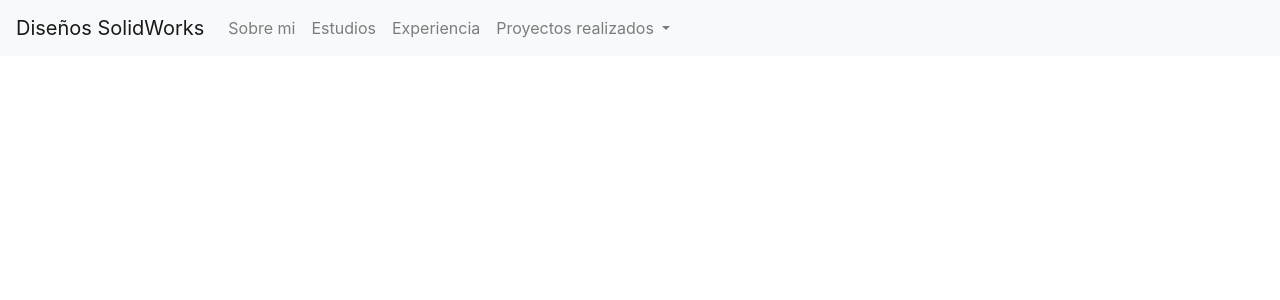
Repository: Hrotgarion1/jose
Page: solid.html
These files come from the project's save history. The page is drawn as it stood at one moment and after the next save; the edit follows.
The browser window is 1280 px wide. The pictures show the whole page.

Above is the page before, as saved 2020-09-30 06:44:27.

### solid.html
<!DOCTYPE html>
<html lang="en">
<head>
    <meta charset="UTF-8">
    <meta name="viewport" content="width=device-width, user-scalable=no, initial-scale=1.0, maximum-scale=1.0, minimum-scale=1.0">
    <title>josenunez.eu</title>
    <meta name="jose p nunez" content="">
    <link rel="stylesheet" href="css/bootstrap.min.css">
    <!-- Favicon -->
    <link rel="shortcut icon" href="img/LogoPuntaDeLanza.png">
</head>
<body>
    <!--Navegador responsive de la web-->
    <nav class="navbar navbar-expand-lg navbar-light bg-light">
        <a class="navbar-brand" href="../jose/index.html">Diseños SolidWorks</a>
        <button class="navbar-toggler" type="button" data-toggle="collapse" data-target="#navbarNavDropdown" aria-controls="navbarNavDropdown" aria-expanded="false" aria-label="Toggle navigation">
          <span class="navbar-toggler-icon"></span>
        </button>

        <div class="collapse navbar-collapse" id="navbarNavDropdown">
          <ul class="navbar-nav">
            <li class="nav-item">
              <a class="nav-link" href="#">Sobre mi <span class="sr-only">(current)</span></a>
            </li>
            <li class="nav-item">
              <a class="nav-link" href="#">Estudios</a>
            </li>
            <li class="nav-item">
              <a class="nav-link" href="#">Experiencia</a>
            </li>
            <li class="nav-item dropdown">
              <a class="nav-link dropdown-toggle" href="#" id="navbarDropdownMenuLink" role="button" data-toggle="dropdown" aria-haspopup="true" aria-expanded="false">
                Proyectos realizados
              </a>
              <div class="dropdown-menu" aria-labelledby="navbarDropdownMenuLink">
                <a class="dropdown-item" href="../jose/solid.html">Diseños con SolidWorks</a>
                <a class="dropdown-item" href="../jose/catia.html">Diseños con Catia V5</a>
                <a class="dropdown-item" href="../jose/projects.html">Proyectos realizados</a>
                <a class="dropdown-item" href="../jose/video.html">Videos</a>
              </div>
            </li>
          </ul>
        </div>
      </nav>

      <!--Imagen principal-->

    <script src="js/jquery-3.5.1.min.js"></script>
    <script src="js/bootstrap.min.js"></script>



</body>
</html>

Loaded but not shown: css/bootstrap.min.css (library); js/jquery-3.5.1.min.js (library); js/bootstrap.min.js (library)

After the next save:
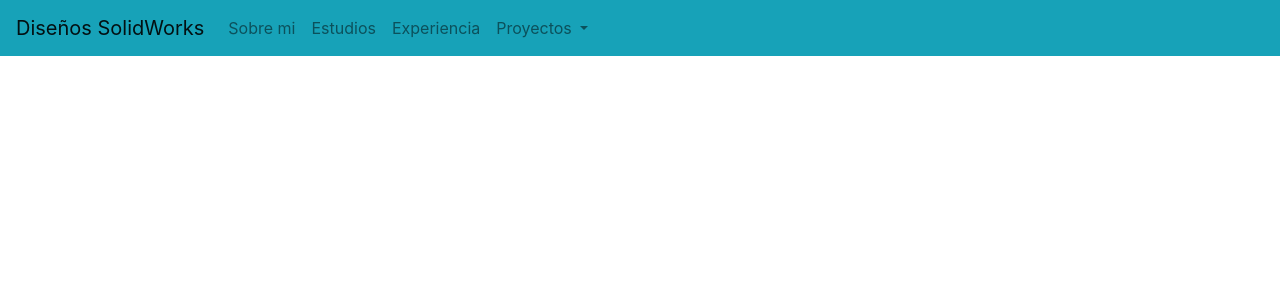
Saved 101 s later.
--- a/solid.html
+++ b/solid.html
@@ -11,7 +11,7 @@
 </head>
 <body>
     <!--Navegador responsive de la web-->
-    <nav class="navbar navbar-expand-lg navbar-light bg-light">
+    <nav class="navbar navbar-expand-lg navbar-light bg-info">
         <a class="navbar-brand" href="../jose/index.html">Diseños SolidWorks</a>
         <button class="navbar-toggler" type="button" data-toggle="collapse" data-target="#navbarNavDropdown" aria-controls="navbarNavDropdown" aria-expanded="false" aria-label="Toggle navigation">
           <span class="navbar-toggler-icon"></span>
@@ -20,20 +20,19 @@
         <div class="collapse navbar-collapse" id="navbarNavDropdown">
           <ul class="navbar-nav">
             <li class="nav-item">
-              <a class="nav-link" href="#">Sobre mi <span class="sr-only">(current)</span></a>
+              <a class="nav-link" href="../jose/index.html#sobre">Sobre mi <span class="sr-only">(current)</span></a>
             </li>
             <li class="nav-item">
-              <a class="nav-link" href="#">Estudios</a>
+              <a class="nav-link" href="../jose/index.html#cv">Estudios</a>
             </li>
             <li class="nav-item">
-              <a class="nav-link" href="#">Experiencia</a>
+              <a class="nav-link" href="../jose/index.html#exp">Experiencia</a>
             </li>
             <li class="nav-item dropdown">
               <a class="nav-link dropdown-toggle" href="#" id="navbarDropdownMenuLink" role="button" data-toggle="dropdown" aria-haspopup="true" aria-expanded="false">
-                Proyectos realizados
+                Proyectos
               </a>
-              <div class="dropdown-menu" aria-labelledby="navbarDropdownMenuLink">
-                <a class="dropdown-item" href="../jose/solid.html">Diseños con SolidWorks</a>
+              <div class="dropdown-menu bg-info" aria-labelledby="navbarDropdownMenuLink">
                 <a class="dropdown-item" href="../jose/catia.html">Diseños con Catia V5</a>
                 <a class="dropdown-item" href="../jose/projects.html">Proyectos realizados</a>
                 <a class="dropdown-item" href="../jose/video.html">Videos</a>
